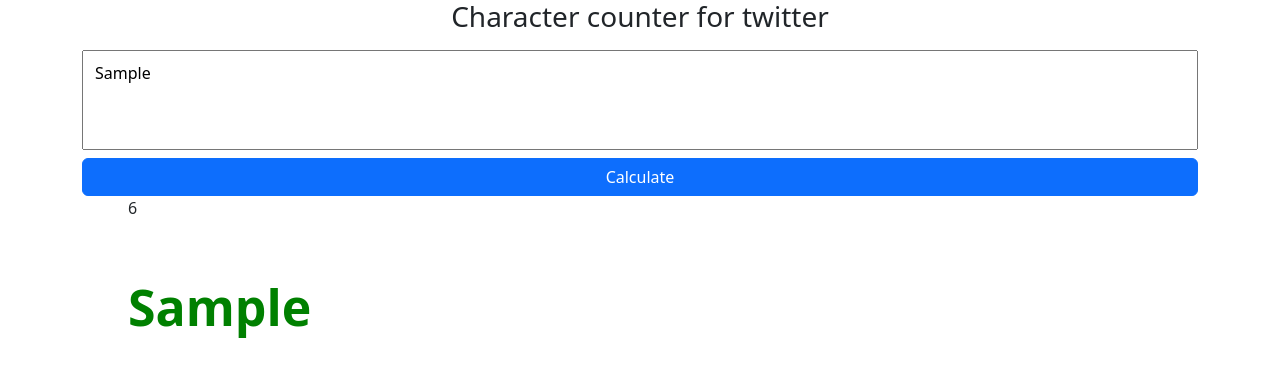
Repository: magmukendi/Tweets-Count
Page: index.html
An editor plug-in stored every save of this project. The page is shown before and after a run of saves, followed by the edit.
The browser window is 1280 px wide. The pictures show the whole page.
Empty fields were first filled with sample values (such as "Sample", 5 or name@example.com).
After loading, the first visible `#tt` was changed once.
Some web libraries are served in a nearby version.

Above is the page before, as saved 2022-06-11 14:58:01.

After the next 3 saves:
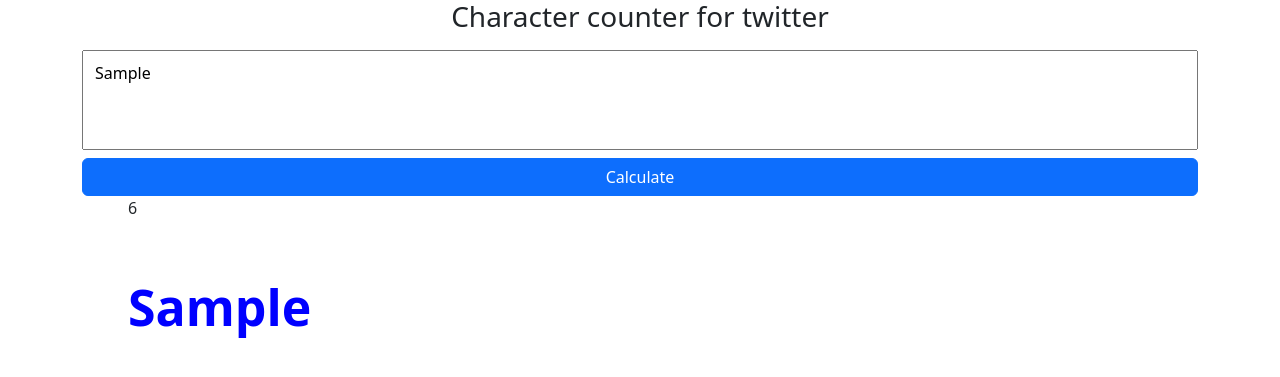
The 3 saves are shown as one change because they came seconds apart.
The last was saved 20 s later.
--- a/app.js
+++ b/app.js
@@ -30,7 +30,7 @@
         let char = /./g
         number.innerText = s.match(char).length;
         p.style.color ='green'
-        if(s.match(char).length >=145/2 && s.match(char).length <=140){
+        if(s.match(char).length >=145/2 || s.match(char).length <=140){
                 p.style.color = 'blue';
 
         }
